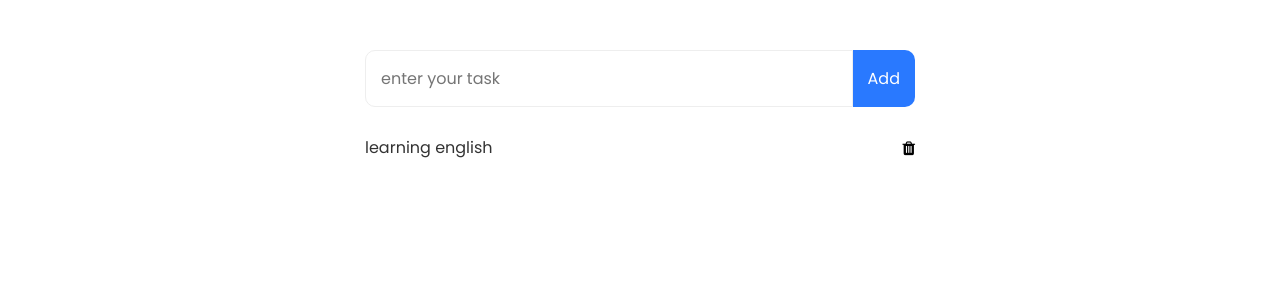
Repository: Kaii-Dev/js-course
Page: BAI-TAP/todolist/index.html
The author's editor kept a copy of each file at every save. The page is drawn from the files as they stood at one save, then again after a run of saves.
The browser window is 1280 px wide. The pictures show the whole page.

Above is the page before, as saved 2021-12-22 19:52:47.

After the next 4 saves:
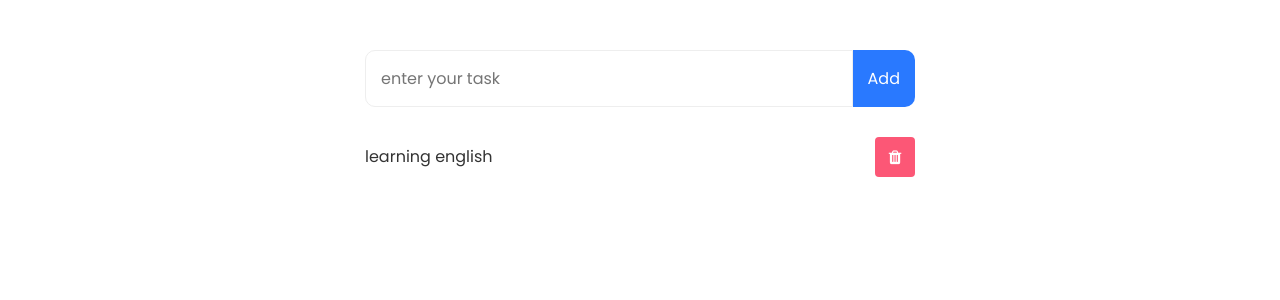
The 4 saves are shown as one change because they came seconds apart.
The last was saved 61 s later.
--- a/BAI-TAP/todolist/index.html
+++ b/BAI-TAP/todolist/index.html
@@ -136,7 +136,7 @@ body {
       <div class="todo-list">
          <div class="todo-item">
             <span class="todo-text">learning english</span>
-            <i class="fa fa-trash" class="todo-remove" ></i>
+            <i class="fa fa-trash todo-remove" ></i>
          </div>
       </div>
    </div>
